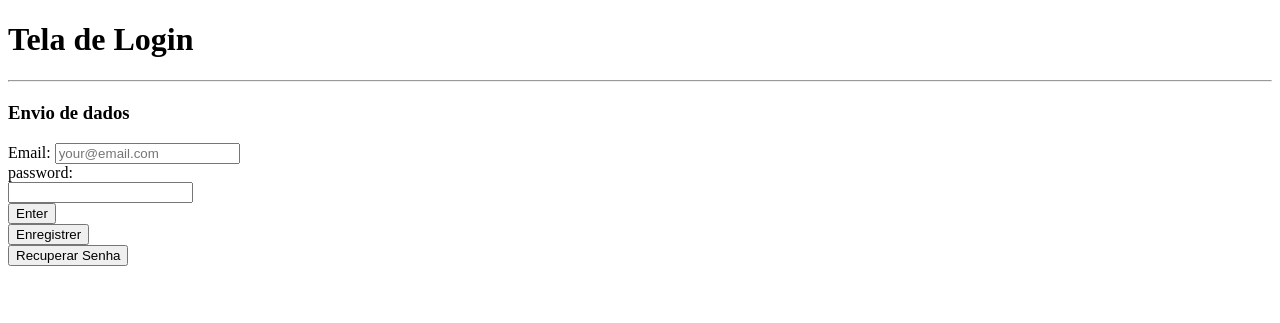
Repository: MarcioFreitasUFSC21/FrontEnd-part-1
Page: index.html
The author's editor kept a copy of each file at every save. The page is drawn from the files as they stood at one save, then again after the next save.
The browser window is 1280 px wide. The pictures show the whole page.

Above is the page before, as saved 2023-04-22 19:53:57.

### index.html
<!DOCTYPE html>
<html lang="pt-br>
<head>
    <meta charset="UTF-8">
    <meta http-equiv="X-UA-Compatible" content="IE=edge">
    <meta name="viewport" content="width=device-width, initial-scale=1.0">
    <title>Controle Gastos</title>
</head>
<body>
    <h1> Tela de Login </h1>
    <hr>
    <form>
        <div>
            <h2>
                <h3> Envio de dados</h3>
                    <div>
                        <label type = "email"> Email: </label>
                        <input type = "email" placeholder="your@email.com" ></input>
                        <div>
                            <label type = "password"> password: </label>
                            <div>
                               <input type = "password"> </input>
                            </div>
                        </div>
                        <button type = "button" action = "save" onclick="alert('exemple')"> Enter</button>
                    </div>
                <div>
                    <button  type = "button  class = "solid">Enregistrer</button>
                </div>
                <div>
                    <button type = "button" class = "outline">Recuperar Senha</button>
                </div>



            </h2>
        </div>
    </form>
</body>
</html>

After the next save:
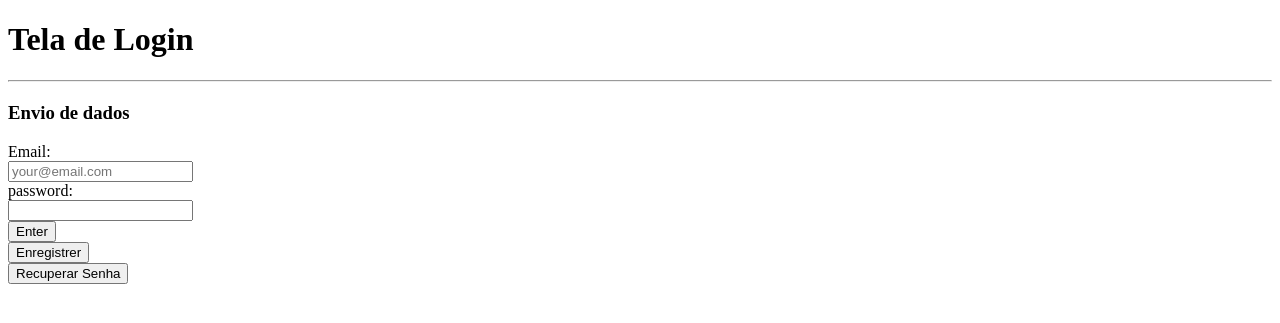
Saved 7 s later.
--- a/index.html
+++ b/index.html
@@ -14,7 +14,7 @@
             <h2>
                 <h3> Envio de dados</h3>
                     <div>
-                        <label type = "email"> Email: </label>
+                        <label type = "email"> Email: </label> <br>
                         <input type = "email" placeholder="your@email.com" ></input>
                         <div>
                             <label type = "password"> password: </label>
